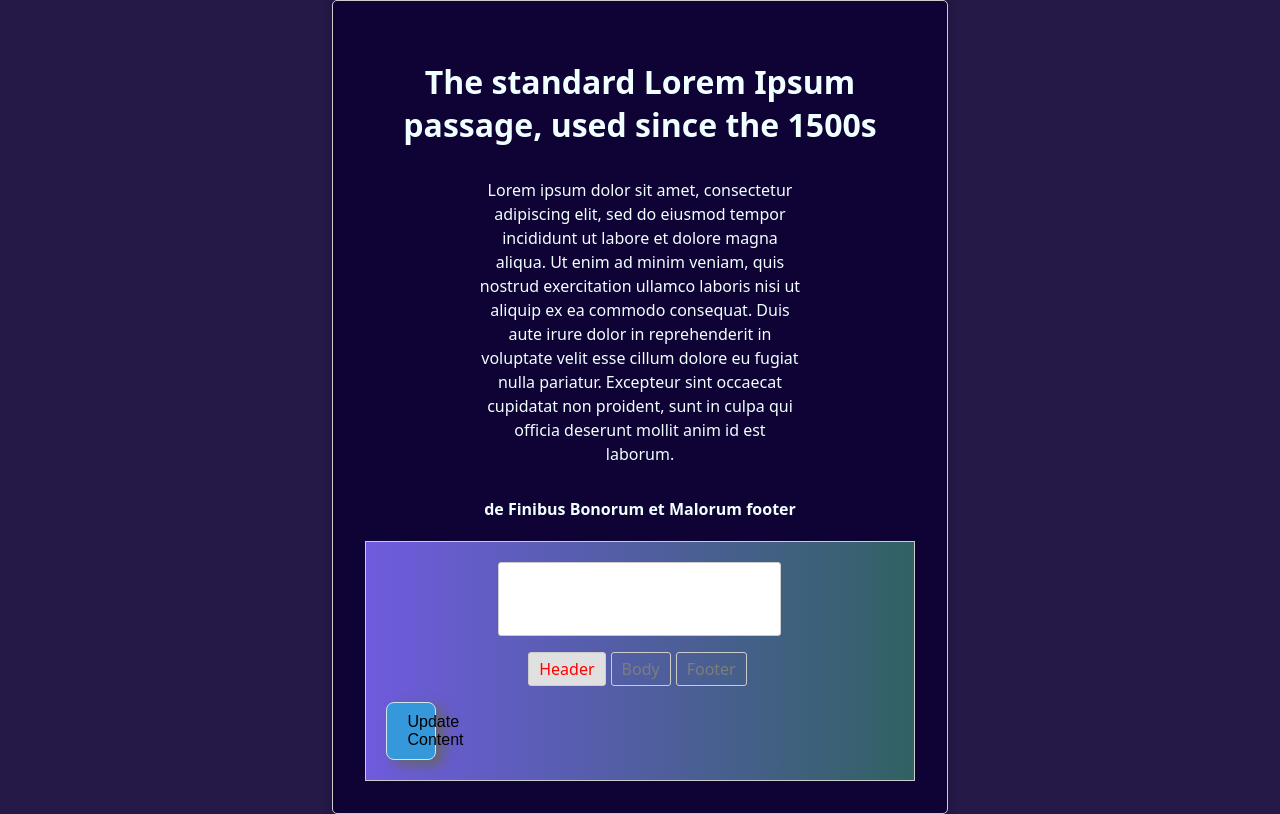
Repository: Freezler/AnnounceCraft
Page: index.html
These files come from the project's save history. The page is drawn as it stood at one moment and after the next save; the edit follows.
The browser window is 1280 px wide. The pictures show the whole page.

Above is the page before, as saved 2024-01-21 11:06:24.

### index.html
<!DOCTYPE html>
<html lang="en">
<head>
    <meta charset="UTF-8" />
    <meta name="viewport" content="width=device-width, initial-scale=1.0" />
    <title>Shopping List App</title>
    <link rel="stylesheet" href="style.css" />
</head>
<body>
    <section id="shopping-list">
        <h1>{{ header }}</h1>
        <p>{{ body }}</p>
        <h4>{{ footer }}</h4>
        <div class="choice-box">
            <input v-model="selectedText" type="text" />
            <div class="radio-container">
                <input class="btn" type="radio" id="header" value="Header" v-model="selectedType" @change="updateTempContent">
                <label for="header">Header</label>
                <input class="btn" type="radio" id="body" value="Body" v-model="selectedType" @change="updateTempContent">
                <label for="body">Body</label>
                <input class="btn" type="radio" id="footer" value="Footer" v-model="selectedType" @change="updateTempContent">
                <label for="footer">Footer</label>
            </div>
			<button @click="updateText" class="btn">Update Content</button>
        </div>
    </section>
    <script src="https://unpkg.com/vue@3"></script>
    <script src="app.js"></script>
</body>
</html>

### style.css
body {
    margin: 0;
    padding: 0;
    font-family: system-ui, -apple-system, BlinkMacSystemFont, 'Segoe UI', Roboto, Oxygen, Ubuntu, Cantarell, 'Open Sans', 'Helvetica Neue', sans-serif;
    background-color: hsla(255, 100%, 10%, 0.9);
    color: azure;
    text-align: center;
    height: 100vh;
    display: flex;
    flex-direction: column;
    justify-content: space-evenly;
    align-items: center;
}

section {
    padding: 2rem;
    border: 1px solid #ccc;
    border-radius: 5px;
    box-shadow: 0 0 10px rgba(0, 0, 0, 0.2);
    width: 60ch;
    margin: 0 auto;
    background-color: hsla(255, 100%, 10%, 0.9);
    transition: all 1s ease;
    text-align: center;


}

h1 {
    font-size: 2rem;
}

h1:hover {

    transform: scale(1.5);
    color: hsla(66, 80%, 50%, 0.9);
    transition: all 5s cubic-bezier(0.215, 0.610, 0.355, 1);
}

p {
    font-size: 1rem;
    line-height: 1.6;
    width: 35ch;
    line-height: 1.5;
    margin: 2rem auto;
    text-wrap: balance;
}

label {
    display: block;
    color: #7d7d7d;
}

.radio-container input[type="radio"] {
    display: none;
}

.radio-container input[type="radio"]+label {
    display: inline-block;
    padding: 5px 10px;
    border: 1px solid #ccc;
    border-radius: 3px;
    margin-right: 5px;
    cursor: pointer;
}

.radio-container input[type="radio"]:checked+label {
    background-color: #e0e0e0;
    color: red;
}

.choice-box {

    background: linear-gradient(90deg, hsla(249, 83%, 67%, 0.4), hsla(249, 83%, 67%, 0.9)0 0%, hsla(149, 83%, 67%, 0.4)100%);
    display: flex;
    flex-direction: column;
    gap: 16px;
    justify-content: center;
    break-before: always;
    margin: 0 auto;
    width: auto;
    border: 1px solid #ccc;
    padding: 20px;

    input {
        color: darkslategrey;
        width: auto;
        padding: 25px;
        border: 1px solid #ccc;
        border-radius: 3px;
        font-size: 16px;
        font-family: system-ui, -apple-system, BlinkMacSystemFont, 'Segoe UI', Roboto, Oxygen, Ubuntu, Cantarell, 'Open Sans', 'Helvetica Neue', sans-serif;
        margin: 0 auto;
        outline: none;

        &:focus {
            border-color: #007bff;
            box-shadow: 0 0 0 0.2rem rgba(0, 123, 255, 0.25);


        }
    }
}
.btn {
    -webkit-border-radius: 8;
    -moz-border-radius: 8;
    border-radius: 8px;
    -webkit-box-shadow: 7px 5px 13px #666666;
    -moz-box-shadow: 7px 5px 13px #666666;
    box-shadow: 7px 5px 13px #666666;
    color: #000000;
    font-size: 16px;
    background: #3498db;
    padding: 10px 20px 10px 20px;
    border: solid #d0e5f2 1px;
    text-decoration: none;
    width:50px;
  }

  .btn:hover {
    background: #b984e8;
    text-decoration: none;
  }

### app.js
// app.js

    const shoppingList = Vue.createApp({
        data() {
            return {
                header: "The standard Lorem Ipsum passage, used since the 1500s",
                body: "Lorem ipsum dolor sit amet, consectetur adipiscing elit, sed do eiusmod tempor incididunt ut labore et dolore magna aliqua. Ut enim ad minim veniam, quis nostrud exercitation ullamco laboris nisi ut aliquip ex ea commodo consequat. Duis aute irure dolor in reprehenderit in voluptate velit esse cillum dolore eu fugiat nulla pariatur. Excepteur sint occaecat cupidatat non proident, sunt in culpa qui officia deserunt mollit anim id est laborum.",
                footer: "de Finibus Bonorum et Malorum footer",
                selectedText: "",
                selectedType: "Header", // Set initial value to Header
                tempContent: { type: "", text: "" } // Temporary object to store selected type and text
            };
        },
        methods: {
            updateTempContent() {
                this.tempContent.type = this.selectedType;
                this.tempContent.text = this.selectedText;
            },
            updateText() {
                switch (this.tempContent.type) {
                    case "Header":
                        this.header = this.tempContent.text;
                        break;
                    case "Body":
                        this.body = this.tempContent.text;
                        break;
                    case "Footer":
                        this.footer = this.tempContent.text;
                        break;
                }
            }
        }
    }).mount("#shopping-list");

After the next save:
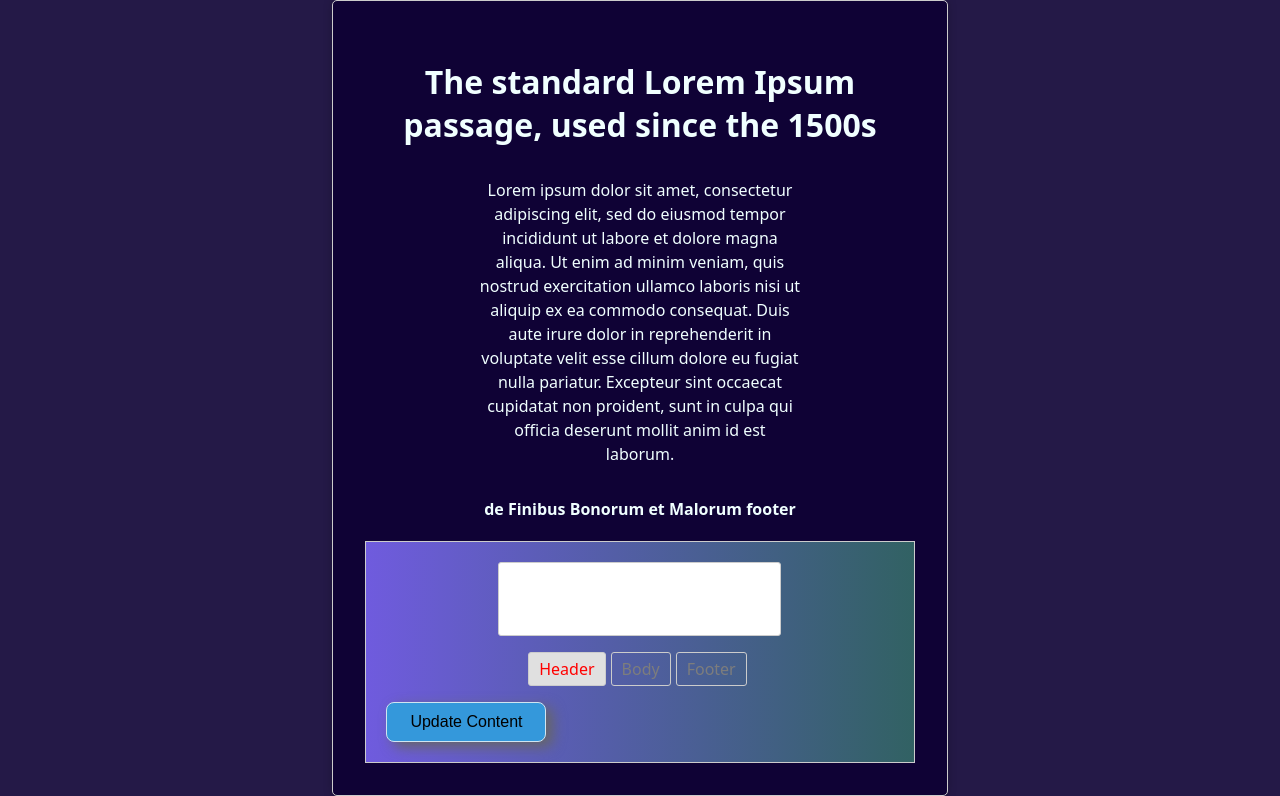
Saved 10 s later.
--- a/style.css
+++ b/style.css
@@ -114,7 +114,7 @@
     padding: 10px 20px 10px 20px;
     border: solid #d0e5f2 1px;
     text-decoration: none;
-    width:50px;
+    width:160px;
   }
 
   .btn:hover {
